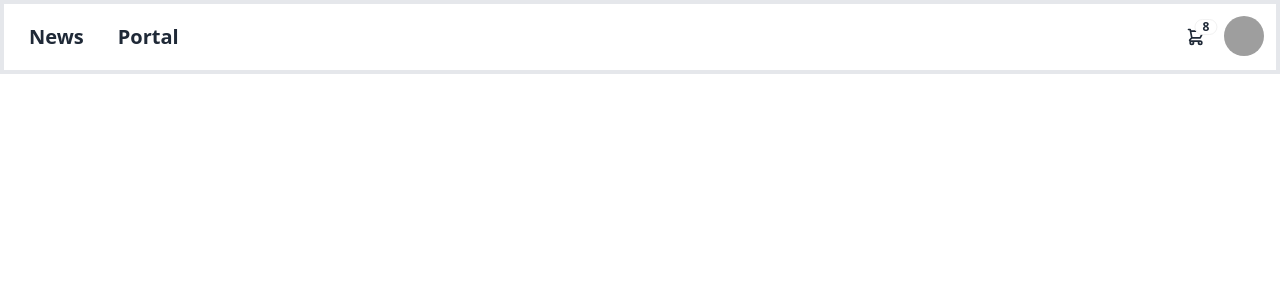
Repository: RudrasahaDibos/news-portal
Page: index.html
An editor plug-in stored every save of this project. The page is shown before and after a run of saves, followed by the edit.
The browser window is 1280 px wide. The pictures show the whole page.
Pictures or frames that could not be fetched are drawn as grey boxes. Some web libraries are served in a nearby version.

Above is the page before, as saved 2024-11-23 14:55:25.

After the next 2 saves:
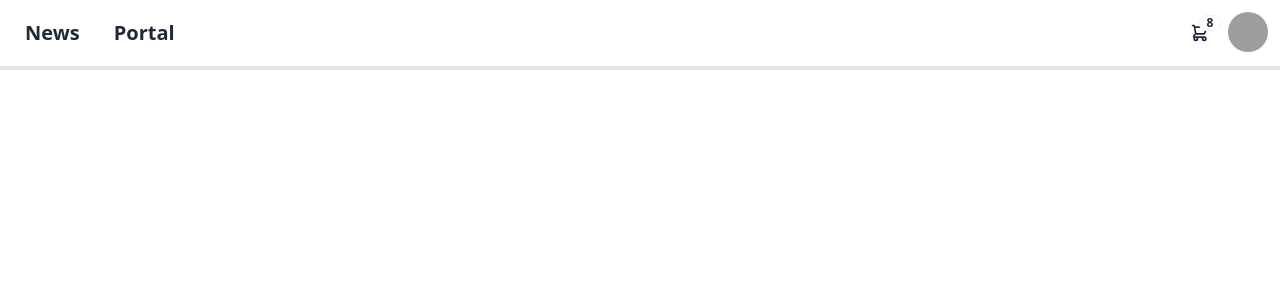
The 2 saves are shown as one change because they came seconds apart.
The last was saved 9 s later.
--- a/index.html
+++ b/index.html
@@ -13,7 +13,7 @@
     <!-- header starts here -->
         <header>
                    <!-- navbar start here -->
-                   <div class="navbar bg-base-100 border-4">
+                   <div class="navbar bg-base-100 border-b-4">
                     <div class="flex-1">
                       <a class="btn btn-ghost text-xl">News</a>
                       <a class="btn btn-ghost text-xl">Portal</a>
